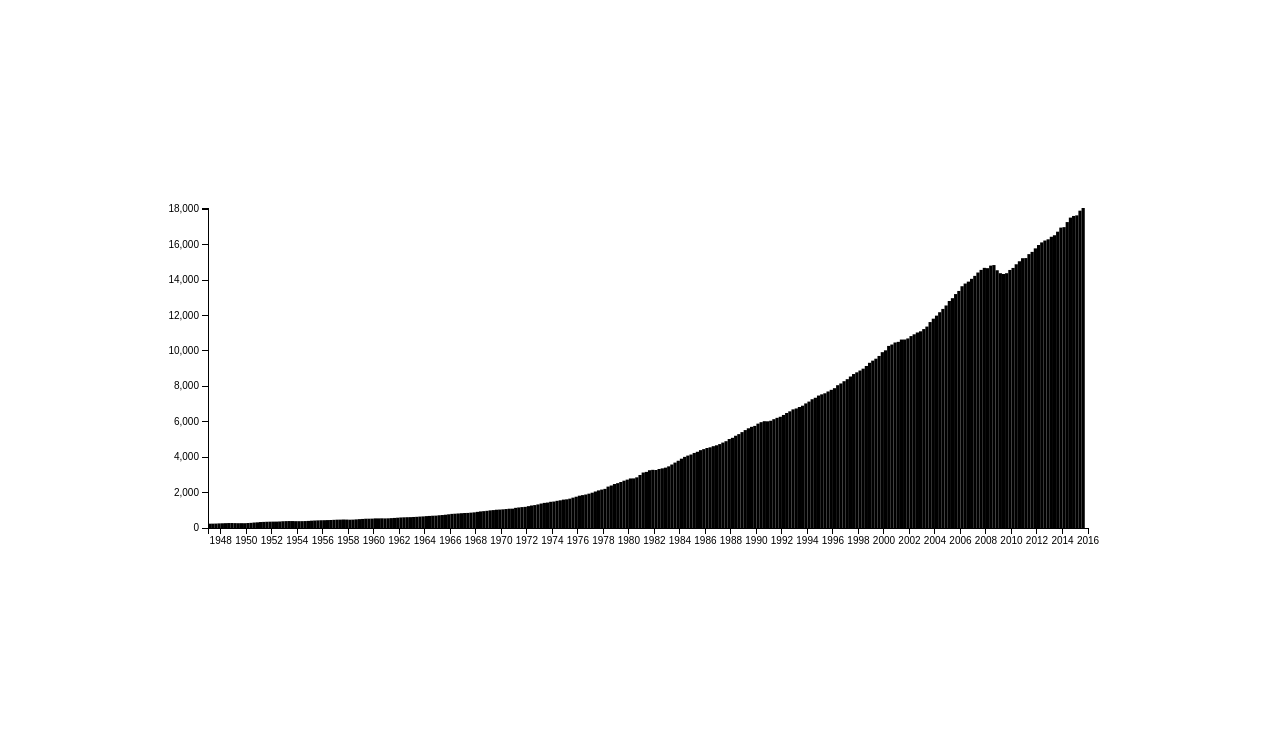
Repository: zizhang-AI/d3-barChart
Page: hello-world.html
The author's editor kept a record of every edit. The page is drawn from the files as they stood at one moment, then again after the next edit.
The browser window is 1280 px wide. The page is 1288 px wide, so the pictures cover 1288 px, including what lies to the right of the window. The pictures show the whole page.

Above is the page before.

After the next edit:
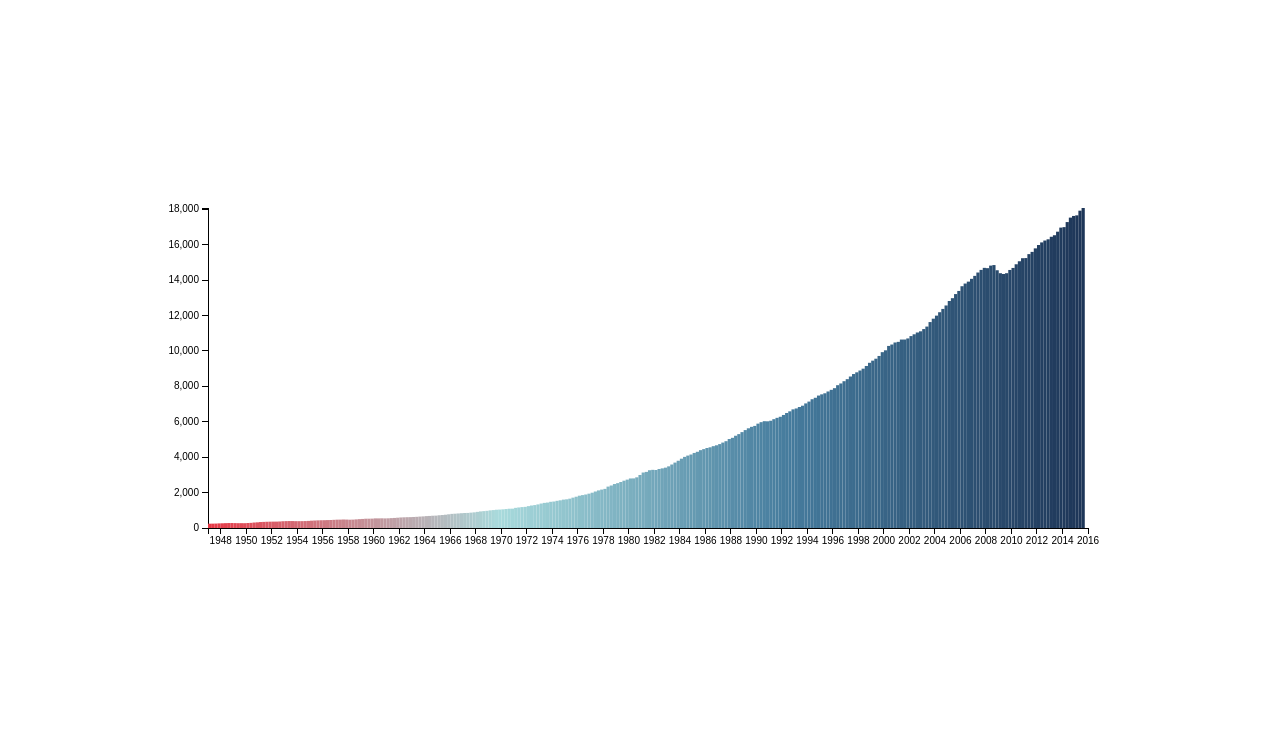
The edit:
--- a/hello-world.html
+++ b/hello-world.html
@@ -42,7 +42,7 @@
 						.range([0, height - margin.top - margin.bottom]);
 		let colorScale = d3.scale.linear()
 						.domain([0,data.data.length*0.33, data.data.length*0.66, data.data.length])
-						.range('#e63946','a8dadc','457b9d','1d3557');
+						.range(['#e63946','#a8dadc','#457b9d','#1d3557']);
 		let svg = d3.select('body')
 						.append('svg')
 						.attr({
